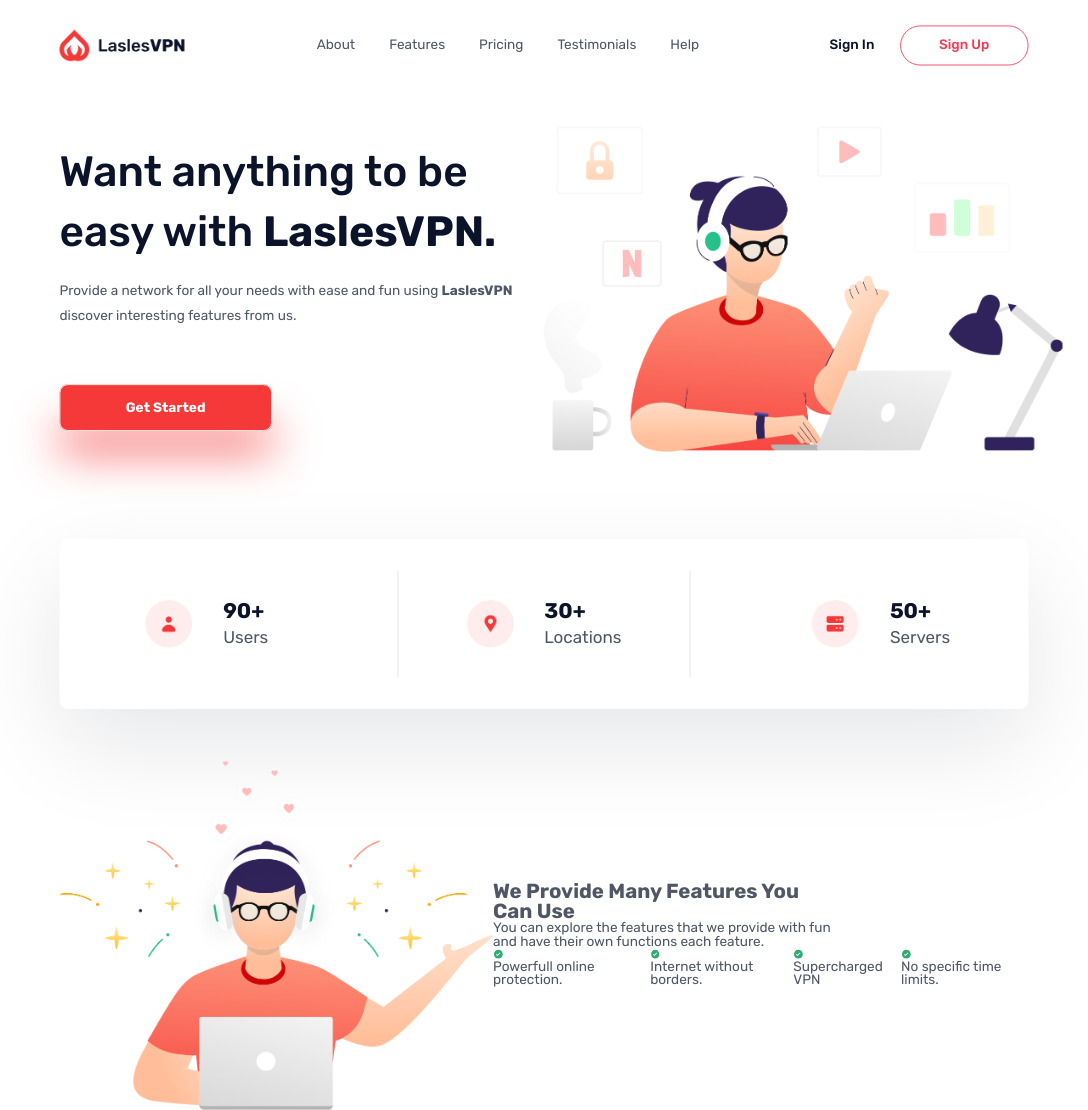
Repository: thefellowshiplotr/lasles_recode
Page: index.html
These files come from the project's save history. The page is drawn as it stood at one moment and after the next save; the edit follows.
The browser window is 1280 px wide. The pictures show the whole page, at 85% of full size.
The style sheet was rebuilt from its Sass, Less or Tailwind sources for each picture, by a compiler version that may differ from the author's.

Above is the page before, as saved 2022-10-28 15:14:07.

After the next save:
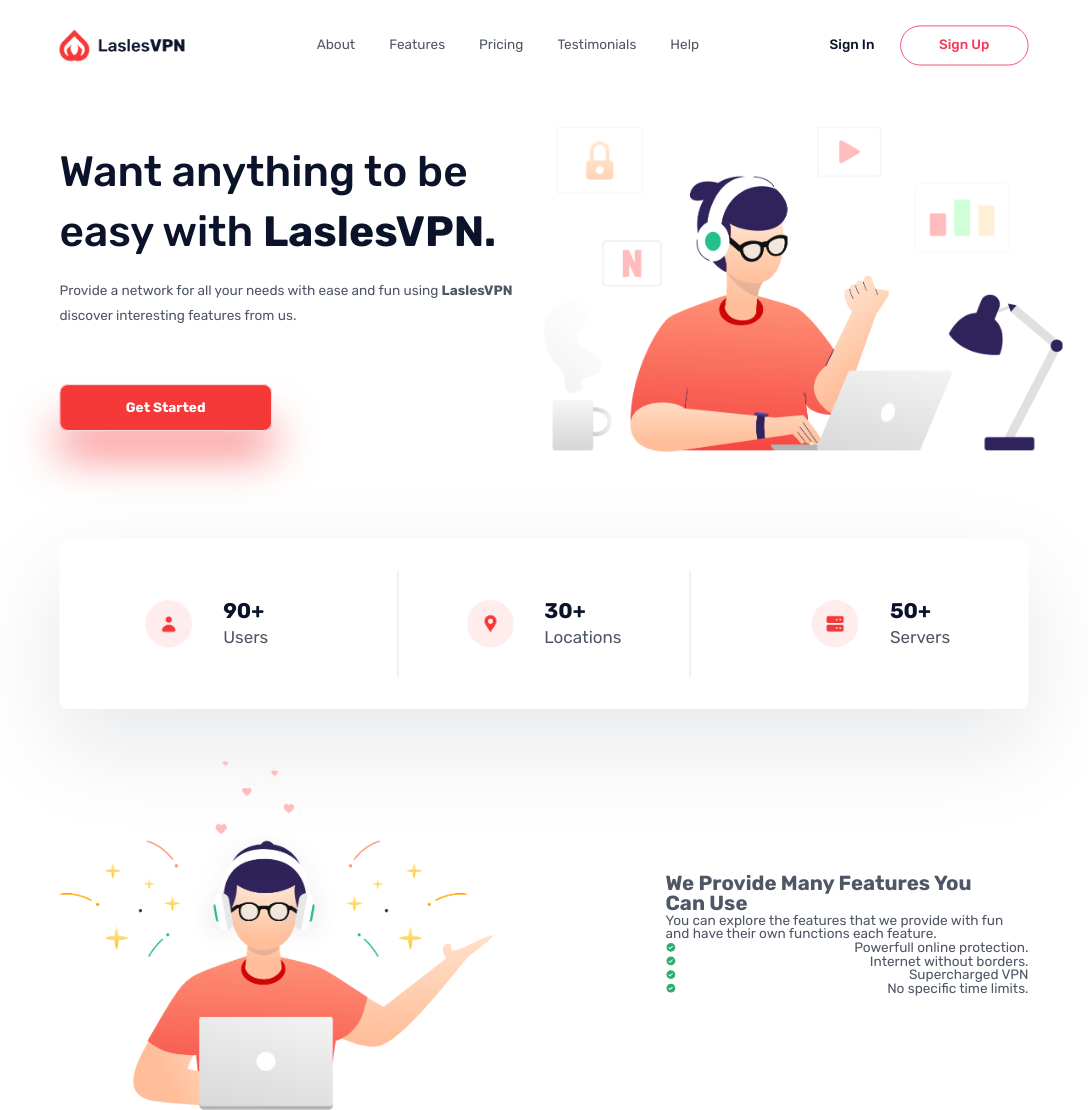
Saved 13 s later.
--- a/sass/_feature.scss
+++ b/sass/_feature.scss
@@ -10,7 +10,7 @@
   &-desc {
     width: 427px;
   }
-  &-list {
+  &-item {
     display: flex;
     justify-content: space-between;
     align-items: center;
